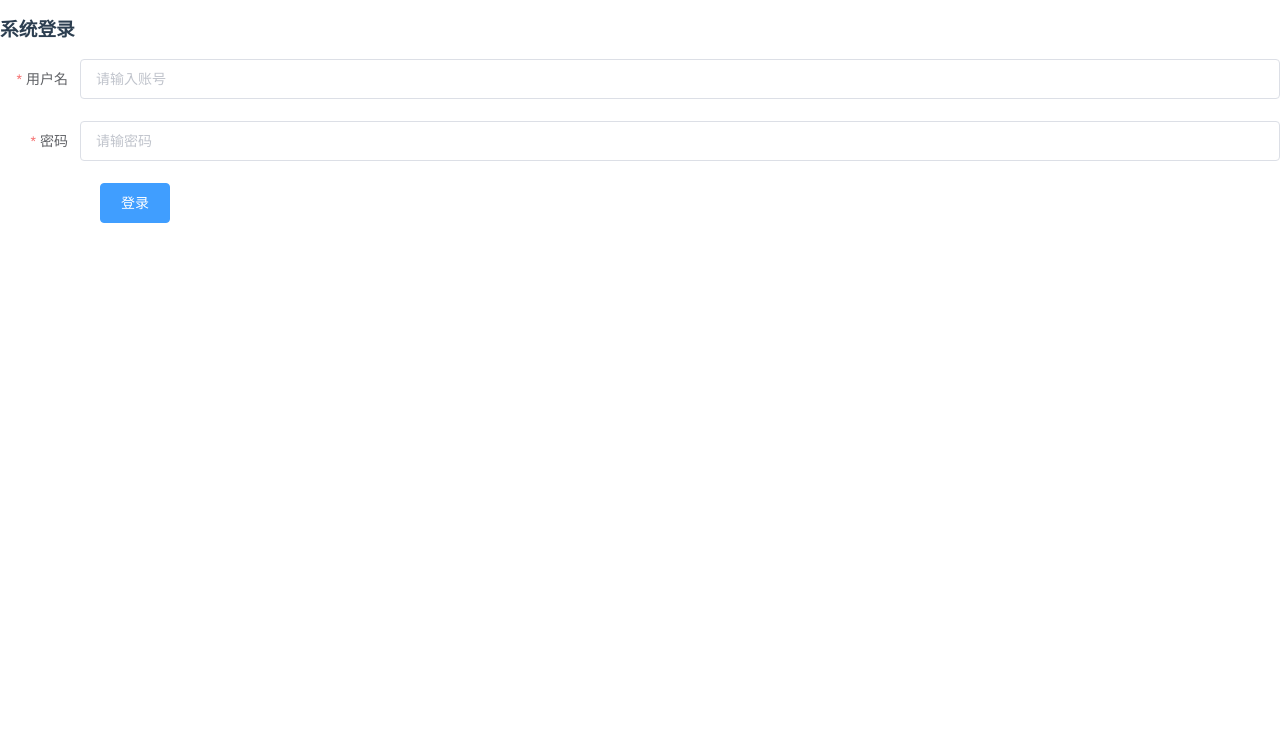
Repository: zhangwen001208/cmd
Page: /login
These files come from the project's save history. The page is drawn as it stood at one moment and after the next save; the edit follows.
The browser window is 1280 px wide. The pictures show the whole page.
The project was rebuilt for these pictures with package versions that can differ from the ones it lists, and the page was loaded fresh each time. Also part of the build but not shown: vue.config.js.

Above is the page before, as saved 2022-08-31 20:06:33.

After the next save:
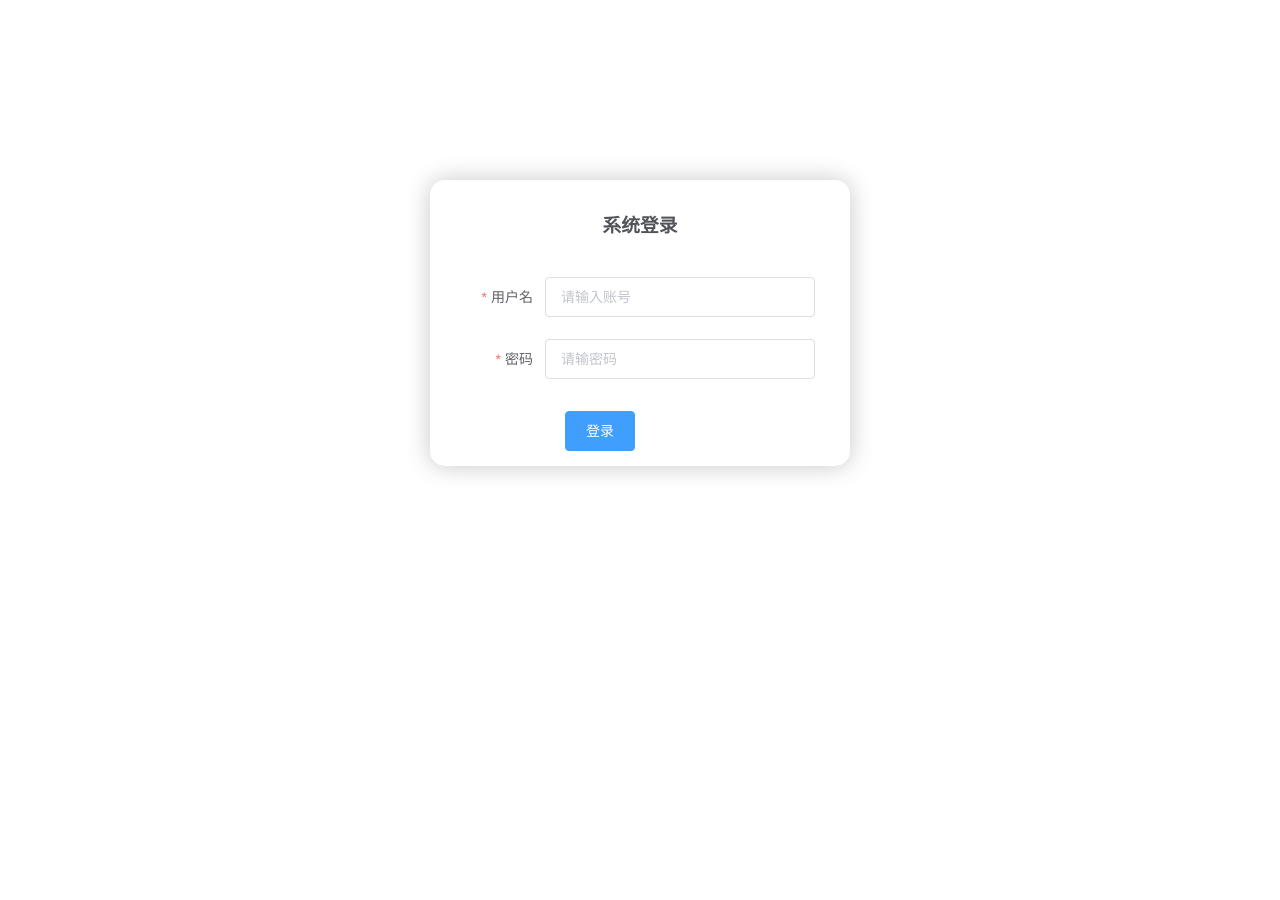
Saved 5 min 44 s later.
--- a/src/views/login/login.vue
+++ b/src/views/login/login.vue
@@ -88,6 +88,24 @@
     }
 </script>
 
-<style lang="scss" scoped>
+<style lang="less" scoped>
+.login-container {
+    border-radius: 15px;
+    background-clip: padding-box;
+    margin: 180px auto;
+    width: 350px;
+    padding: 35px 35px 15px 35px;
+    background-color: #fff;
+    border: 1px soild #eaeaea;
+    box-shadow: 0 0 25px #cac6c6;
+}
+.login_title {
+    margin: 0px auto 40px;
+    text-align: center;
+    color: #505458;
+}
+.login_submit {
+    margin: 10px auto 0px auto;
+}
 
 </style>
